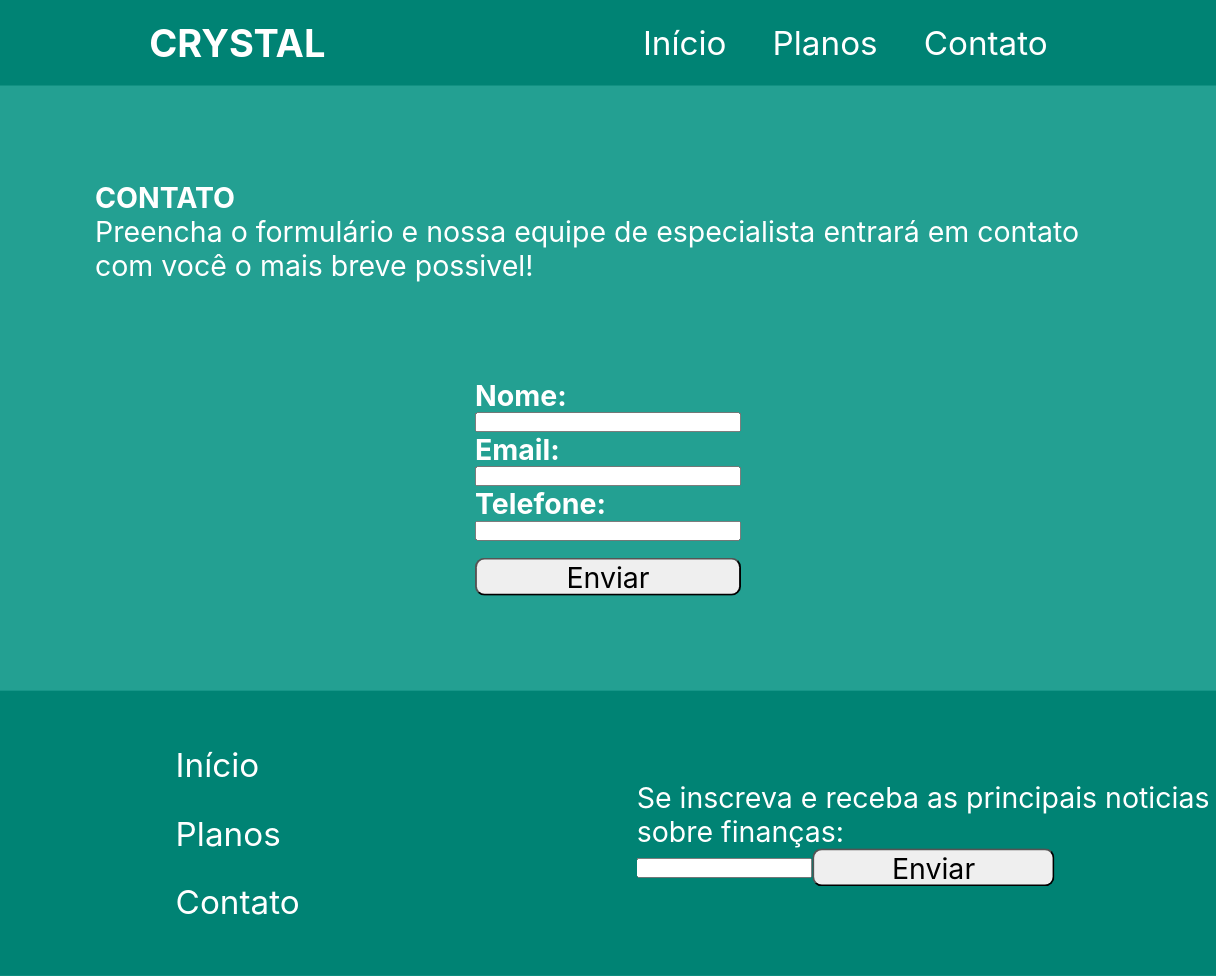
Repository: Matheus904-12/Crystallize
Page: contato.html
The author's editor kept a copy of each file at every save. The page is drawn from the files as they stood at one save, then again after the next save.
The browser window is 1280 px wide. The pictures show the whole page, at 95% of full size.
Some web fonts or font styles are not loaded; a fallback is used.

Above is the page before, as saved 2023-07-24 21:23:45.

After the next save:
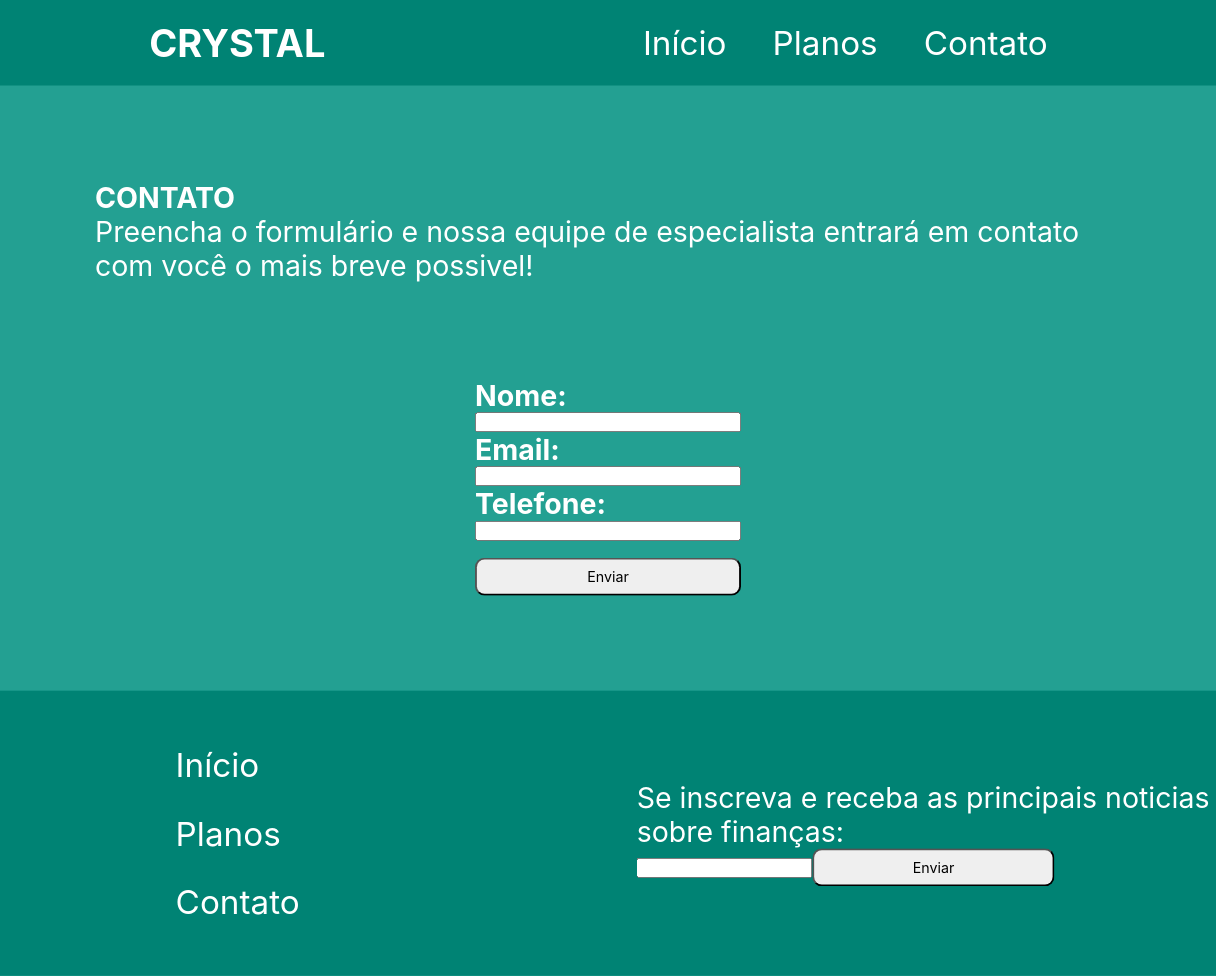
Saved 25 s later.
--- a/background.css
+++ b/background.css
@@ -9,6 +9,6 @@ body {
     width: 280px;
     height: 40px;
     border-radius: 10px;
-    font-size: 30px;
+    font-size: 15px;
     font-family: "inter";
 }
